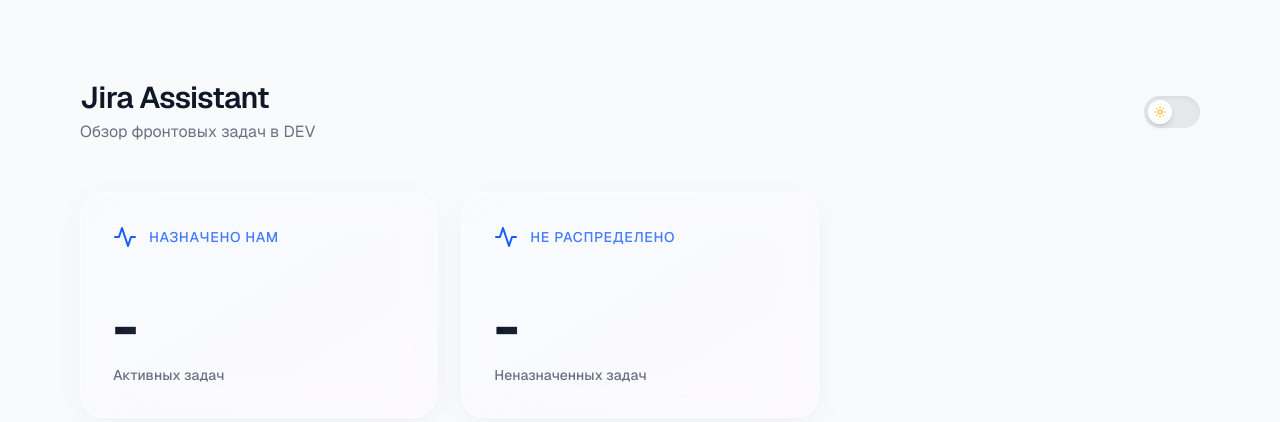
Repository: iposho/jira-ai-companion
Page: /
An editor plug-in stored every save of this project. The page is shown before and after the next save, followed by the edit.
The browser window is 1280 px wide. The pictures show the whole page.
The page's requests for data from a server got no answer. The project was rebuilt for these pictures with package versions that can differ from the ones it lists, and the page was loaded fresh each time. The framework's server and built-in components were replaced by stand-ins that run in the browser. No one was signed in, and anything a server would have sent is missing. Also part of the build but not shown: next.config.ts.

Above is the page before, as saved 2026-01-04 05:01:23.

After the next save:
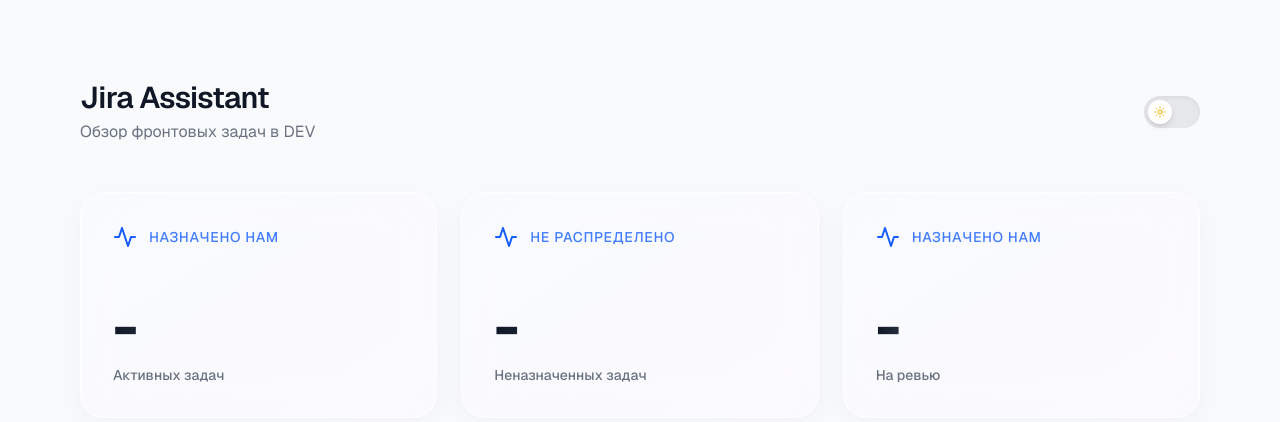
Saved 1 s later.
--- a/src/app/page.tsx
+++ b/src/app/page.tsx
@@ -34,6 +34,12 @@
           label={['Неназначенная задача', 'Неназначенные задачи', 'Неназначенных задач']}
           href={stats.unassignedUrl}
         />
+        <StatTile
+          count={stats.reviewCount || 0}
+          error={stats.error}
+          label={['На ревью', 'На ревью', 'На ревью']}
+          href={stats.reviewUrl}
+        />
       </main>
     </div>
   );
